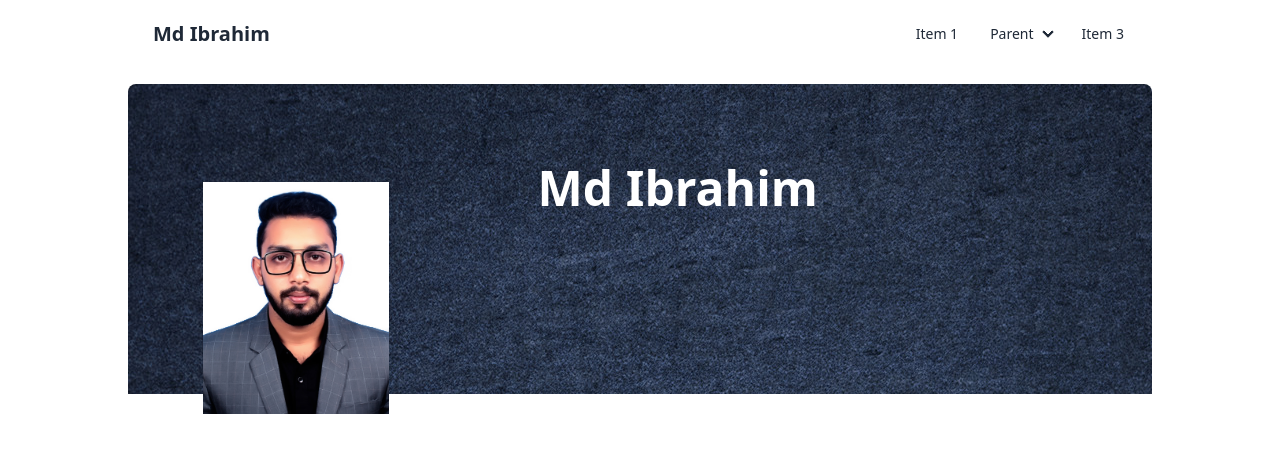
Repository: mdrubel02/portfilo
Page: /
These files come from the project's save history. The page is drawn as it stood at one moment and after the next save; the edit follows.
The browser window is 1280 px wide. The pictures show the whole page.
The project was rebuilt for these pictures with package versions that can differ from the ones it lists, and the page was loaded fresh each time. Also part of the build but not shown: vite.config.js.

Above is the page before, as saved 2023-06-25 14:14:14.

### src/main.jsx
import React from 'react'
import ReactDOM from 'react-dom/client'
import './index.css'
import { RouterProvider } from 'react-router-dom'
import router from './Layout/routes'



ReactDOM.createRoot(document.getElementById('root')).render(
  <React.StrictMode>
    <div className='max-w-screen-lg mx-auto'>
      <RouterProvider router={router} />
    </div>
  </React.StrictMode>,
)

### src/Layout/routes.jsx
import { createBrowserRouter } from "react-router-dom";
import Main from "./Main";
import Home from "../Pages/Home/Home";


const router = createBrowserRouter([
  {
    path: "/",
    element: <Main />,
    children: [
      { path: '/', element: <Home /> },
      { path: '/home', element: <Home /> }
    ]
  }
]);

export default router;

### src/Layout/Main.jsx
import React from 'react';
import Navbar from '../Shared/Navbar/Navbar';
import { Outlet } from 'react-router-dom';

const Main = () => {
    return (
        <div className=''>
            <Navbar />
            <Outlet />
        </div>
    );
};

export default Main;

### src/Pages/Home/Home.jsx
import React from 'react';
import profile from '../../assets/nayeem.jpg'
import banner from '../../assets/background-image.jpg'


const Home = () => {
    return (
        <div className='mt-3'>
            <div
             style={{backgroundImage: `url(${banner})`}}
            className='lg:h-[310px] max-[600px]:h-[450px relative rounded-t-lg'>
                    <div className='lg:flex mt-4'>
                        <div className='lg:w-2/5 flex justify-center items-center '>
                            <img className=' lg:h-3/4 max-[600px]:h-60 lg:absolute lg:bottom-[-20px] lg:left-[75px] mt-9 ' src={profile} alt="profile" />
                        </div>
                        <div className='lg:w-1/2 flex justify-start items-center '>
                            <div className='mt-20 w-auto'>
                                <h3 className='text-5xl text-white font-extrabold font-sans'>Md Ibrahim</h3>
                            </div>
                        </div>
                    </div>
            </div>
        </div>
    );
};

export default Home;

### src/Shared/Navbar/Navbar.jsx
import React from 'react';

const Navbar = () => {
    return (
        <div className="navbar bg-base-100 ">
            <div className="navbar-start">
            <div className="dropdown ">
                    <label tabIndex={0} className="btn btn-ghost lg:hidden">
                        <svg xmlns="http://www.w3.org/2000/svg" className="h-5 w-5" fill="none" viewBox="0 0 24 24" stroke="currentColor"><path strokeLinecap="round" strokeLinejoin="round" strokeWidth="2" d="M4 6h16M4 12h8m-8 6h16" /></svg>
                    </label>
                    <ul tabIndex={0} className="menu menu-sm dropdown-content mt-3 z-[1] p-2 shadow bg-base-100 rounded-box w-52">
                        <li><a>Item 1</a></li>
                        <li>
                            <a>Parent</a>
                            <ul className="p-2">
                                <li><a>Submenu 1</a></li>
                                <li><a>Submenu 2</a></li>
                            </ul>
                        </li>
                        <li><a>Item 3</a></li>
                    </ul>
                </div>
                <a className="btn btn-ghost normal-case text-xl">Md Ibrahim</a>
            </div>
            <div className="navbar-end hidden lg:flex">
                <ul className="menu menu-horizontal px-1">
                    <li><a>Item 1</a></li>
                    <li tabIndex={0}>
                        <details>
                            <summary>Parent</summary>
                            <ul className="p-2">
                                <li><a>Submenu 1</a></li>
                                <li><a>Submenu 2</a></li>
                            </ul>
                        </details>
                    </li>
                    <li><a>Item 3</a></li>
                </ul>
            </div>


        </div>
    );
};

export default Navbar;

Loaded but not shown: index.html (common file); src/index.css (common file); tailwind.config.js (common file)

After the next save:
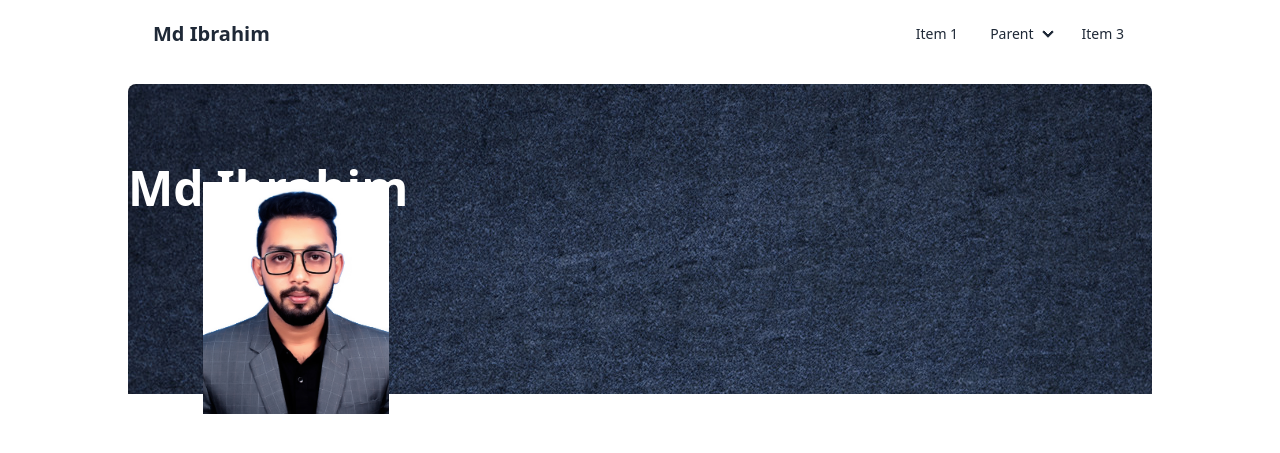
Saved 2 min 24 s later.
--- a/src/Pages/Home/Home.jsx
+++ b/src/Pages/Home/Home.jsx
@@ -10,7 +10,7 @@ const Home = () => {
              style={{backgroundImage: `url(${banner})`}}
             className='lg:h-[310px] max-[600px]:h-[450px relative rounded-t-lg'>
                     <div className='lg:flex mt-4'>
-                        <div className='lg:w-2/5 flex justify-center items-center '>
+                        <div className='lg:w-5/5 flex justify-center items-center '>
                             <img className=' lg:h-3/4 max-[600px]:h-60 lg:absolute lg:bottom-[-20px] lg:left-[75px] mt-9 ' src={profile} alt="profile" />
                         </div>
                         <div className='lg:w-1/2 flex justify-start items-center '>
